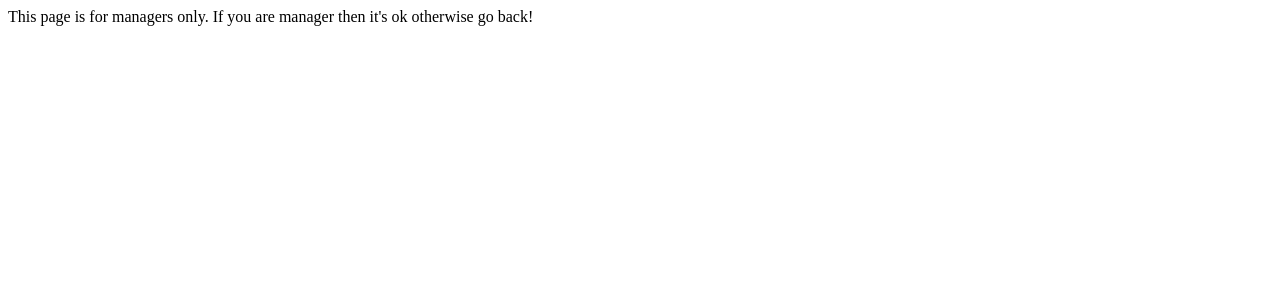
Repository: kamalarora033/spring-security-practice
Page: http://localhost/spring-security-practice/WEB-INF/views/admin.jsp
The author's editor kept a copy of each file at every save. The page is drawn from the files as they stood at one save, then again after the next save.
The browser window is 1280 px wide. The pictures show the whole page.
The page is served by Tomcat 9. Nobody is signed in. Other server files are loaded and not shown. The template is opened directly, without the code that normally fills it, so the values that code supplies are empty.

Above is the page before, as saved 2019-05-26 11:57:29.

### spring-security-practice/src/main/webapp/WEB-INF/views/admin.jsp
<%@ page language="java" contentType="text/html; charset=ISO-8859-1"
	pageEncoding="ISO-8859-1"%>
<!DOCTYPE html>
<html>
<head>
<meta charset="ISO-8859-1">
<title>Insert title here</title>
</head>
<body>This page is for managers only. If you are manager then
	it's ok otherwise go back!
</body>
</html>

After the next save:
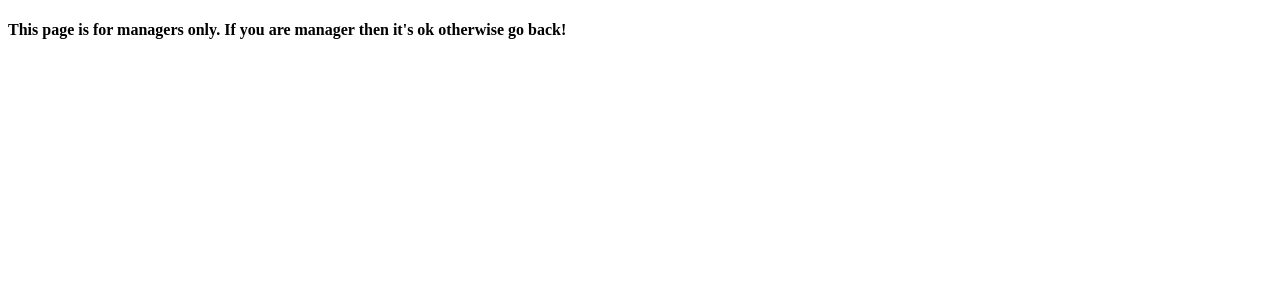
Saved 14 s later.
--- a/spring-security-practice/src/main/webapp/WEB-INF/views/admin.jsp
+++ b/spring-security-practice/src/main/webapp/WEB-INF/views/admin.jsp
@@ -6,7 +6,9 @@
 <meta charset="ISO-8859-1">
 <title>Insert title here</title>
 </head>
-<body>This page is for managers only. If you are manager then
-	it's ok otherwise go back!
+<body>
+
+<h4>This page is for managers only. If you are manager then
+	it's ok otherwise go back!</h4>
 </body>
 </html>
